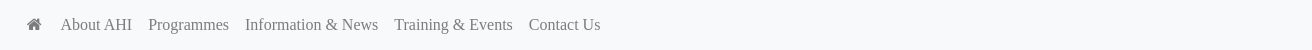
Repository: lisaannbyrne1/MilestoneProject1
Page: index.html
The author's editor kept a record of every edit. The page is drawn from the files as they stood at one moment, then again after the next edit.
The browser window is 1280 px wide. The page is 1312 px wide, so the pictures cover 1312 px, including what lies to the right of the window. The pictures show the part of the page from y = 720 to 1490 px (the page is 770 px tall before and 1490 px after).
Backgrounds fixed to the window are drawn as part of the page.

Above is the page before.
Not found: assets/js/myscript.js

### index.html
<!DOCTYPE html>
<html lang="en">

<head>
    <meta charset="UTF-8">
    <meta name="viewport" content="width=device-width, initial-scale=1.0">
    <meta http-equiv="X-UA-Compatible" content="ie=edge">
    <script src="./assets/js/myscript.js"></script>
    <link rel="stylesheet" href="https://cdnjs.cloudflare.com/ajax/libs/font-awesome/4.7.0/css/font-awesome.min.css">
    <link rel="stylesheet" href="./assets/css/style.css" type="text/css" />
    <title>Animal Health Ireland</title>
</head>

<body>

    <!--Landing-->
    <header>
        <div class="header">
            <img src="assets/images/ahi.jpg" alt="AHI" id="logo">
            <h1 class="text">ANIMAL HEALTH IRELAND</h1>
            <p class="subtext">Contributing to a profitable and sustainable farming and agri-food sector through improved animal health</p>
        </div>
    </header>

      <!--Navigation Bar-->
    <div class="ahinav" id="nav">
    <ul>
        <li><a class="active" href="#home"><i class="fa fa-fw fa-home"></i></a></li>
        <li><a href="#about">About AHI</a></li>
        <li><a href="#programmes">Programmes</a></li>
        <li><a href="#news">Information & News</a></li>
        <li><a href="#training">Training & Events</a></li>
        <li><a href="#contact">Contact Us</a></li>
    </ul>
</div>



    <!--About-->
    <!--Programmes-->
    <!--Information & News-->
    <!--Training & Events-->
    <!--Footer-->



</body>

</html>

### assets/css/style.css
/*--Fonts--*/

h1,
p {
    font-family: Calibri, Helvetica, sans-serif
}

/*--Landing fonts/images--*/

body {
    margin: 0;
}

.text {
    color: #fff;
    font-family: Calibri, Helvetica, sans-serif;
    font-size: 3rem;
    font-weight: 900;
    margin-top: 0px;
    display: inline;
}

.subtext {
    color: #fff;
    font-family: Calibri, Helvetica, sans-serif;
    font-size: 1.2rem;
    text-align: center;
    padding-left: 40px;
    font-weight: 900;
}

#logo {
    padding-top: 30px;
    width: 235px;
    height: 117px;
    margin-right: 20px;

}

/*--Sections--*/

header {
    background-attachment: fixed;
    background-image: url("../../assets/images/landing.jpg");
    background-position: bottom;
    background-size: cover;
    text-align: center;
    margin-bottom: 0px;
    height: 100vh;
    width: 100vw;
    z-index: 1;

}


/*--Navigation--*/

.ahinav {
    background-color: #f8f9fa;
    padding: 0.5rem 1rem 0.5rem 1rem;
    position: -webkit-sticky;
    position: sticky;
    width: 100%;
    z-index: 1000000;
    top: 0;
}

ul {
    list-style-type: none;
    margin: 0;
    padding: 0;
    overflow: hidden;
    background-color: transarent;
}

li a {
    display: block;
    color: rgba(0,0,0,.5);
    text-align: center;
    padding: 8px 8px;
    text-decoration: none;
     float: left;
}

li a:hover {
    color: #A9A9A9;
    text-decoration: none;
}



/*--Sections--*/

.about {
    background-attachment: fixed;
    background-image: url("../../assets/images/about.JPG");
    background-position: bottom;
    background-size: cover;
    text-align: center;
    margin-bottom: 0px;
    margin-top: 0px;
    height: 100vh;
    width: 100vw;
    z-index: 1;

}

.programmes {
    background-attachment: fixed;
    background-image: url("../../assets/images/programmes.jpg");
    background-position: bottom;
    background-size: cover;
    text-align: center;
    margin-bottom: 0px;
    margin-top: 0px;
    height: 100vh;
    width: 100vw;
    z-index: 1;

}


.news {
    background-attachment: fixed;
    background-image: url("../../assets/images/news.JPG");
    background-position: bottom;
    background-size: cover;
    text-align: center;
    margin-bottom: 0px;
    margin-top: 0px;
    height: 100vh;
    width: 100vw;
    z-index: 1;

}


.training {
    background-attachment: fixed;
    background-image: url("../../assets/images/train.jpg");
    background-position: bottom;
    background-size: cover;
    text-align: center;
    margin-bottom: 0px;
    margin-top: 0px;
    height: 100vh;
    width: 100vw;
    z-index: 1;

}

/*--Cards--*/

/*--Transitions--*/

/*--Footer--*/

/*--Footer Socials--*/

/*--Media Queries--*/

/*--Smartphone (portrait & landscape)--*/

@media only screen and (min-device-width : 320px) and (max-device-width : 480px) {
        .text {
        text-align: center;
        font-size: 2rem;
        padding: 0;
    }
    .subtext {
        text-align: center;
        font-size: 1rem;
        padding: 0;
        font-weight: normal;
    }

    #logo {
        display: block;
        margin-left: auto;
        margin-right: auto;
    }

}

/*--Smartphone (landscape)--*/

@media only screen and (min-width : 321px) {
        .text {
        text-align: center;
        font-size: 2rem;
        padding: 0;
    }
    .subtext {
        text-align: center;
        font-size: 1rem;
        padding: 0;
        font-weight: normal;
    }

    #logo {
        display: block;
        margin-left: auto;
        margin-right: auto;
    }
}

/*--Smartphone (portrait)--*/

@media only screen and (max-width : 320px) {
      .text {
        text-align: center;
        font-size: 2rem;
        padding: 0;
    }
    .subtext {
        text-align: center;
        font-size: 1rem;
        padding: 0;
        font-weight: normal;
    }

    #logo {
        display: block;
        margin-left: auto;
        margin-right: auto;
    }
}

/*--iPads (portrait & landscape)--*/

@media only screen and (min-device-width : 768px) and (max-device-width : 1024px) {
     .text {
        text-align: center;
        padding: 0;
    }
    .subtext {
        text-align: center;
        padding: 0;

}
}


/*--iPads (landscape)--*/

@media only screen and (min-device-width : 768px) and (max-device-width : 1024px) and (orientation : landscape) {
        .text {
        text-align: center;
        padding: 0;
    }
    .subtext {
        text-align: center;
        padding: 0;
    }
}

/*--iPads (portrait)--*/

@media only screen and (min-device-width : 768px) and (max-device-width : 1024px) and (orientation : portrait) {
        .text {
        text-align: center;
        padding: 0;
    }
    .subtext {
        text-align: center;
        padding: 0;
    }
}

/*--Desktops & laptops--

@media only screen and (max-width : 1224px) {
{
*/

/*--Large Screens--

@media only screen and (max-width : 1824px) {
{
*/

/*--iPhone 4--*/

@media only screen and (-webkit-min-device-pixel-ratio : 1.5), only screen and (min-device-pixel-ratio : 1.5) {
    .text {
        text-align: center;
        font-size: 2rem;
        padding: 0;
    }
    .subtext {
        text-align: center;
        font-size: 1rem;
        padding: 0;
        font-weight: normal;
    }

    #logo {
        display: block;
        margin-left: auto;
        margin-right: auto;
    }
}

After the next edit:
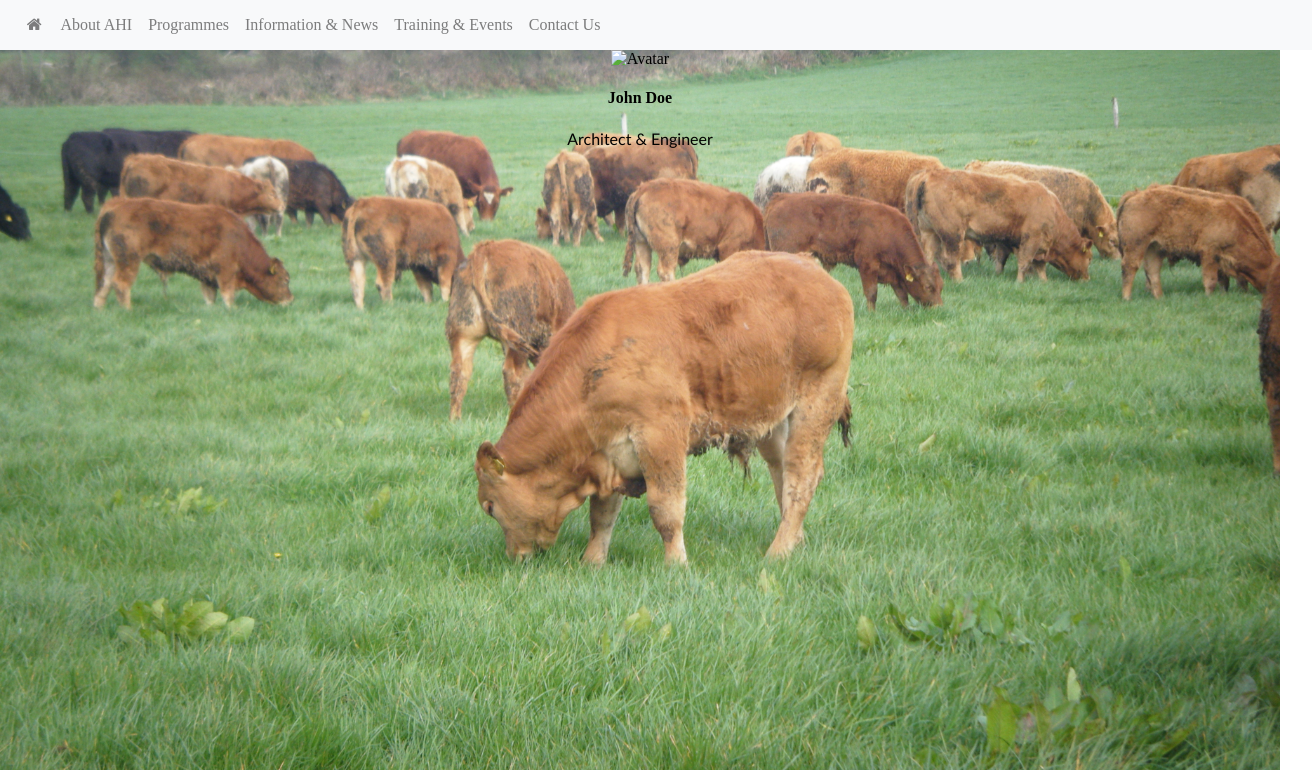
Not found: img_avatar.png
The edit:
--- a/index.html
+++ b/index.html
@@ -37,6 +37,19 @@
 
 
     <!--About-->
+
+    <div class="about" id="about">
+
+        <div class="card" id="about">
+  <img src="img_avatar.png" alt="Avatar" style="width:100%">
+  <div class="container">
+    <h4><b>John Doe</b></h4>
+    <p>Architect & Engineer</p>
+  </div>
+</div>
+    </div>
+
+
     <!--Programmes-->
     <!--Information & News-->
     <!--Training & Events-->
